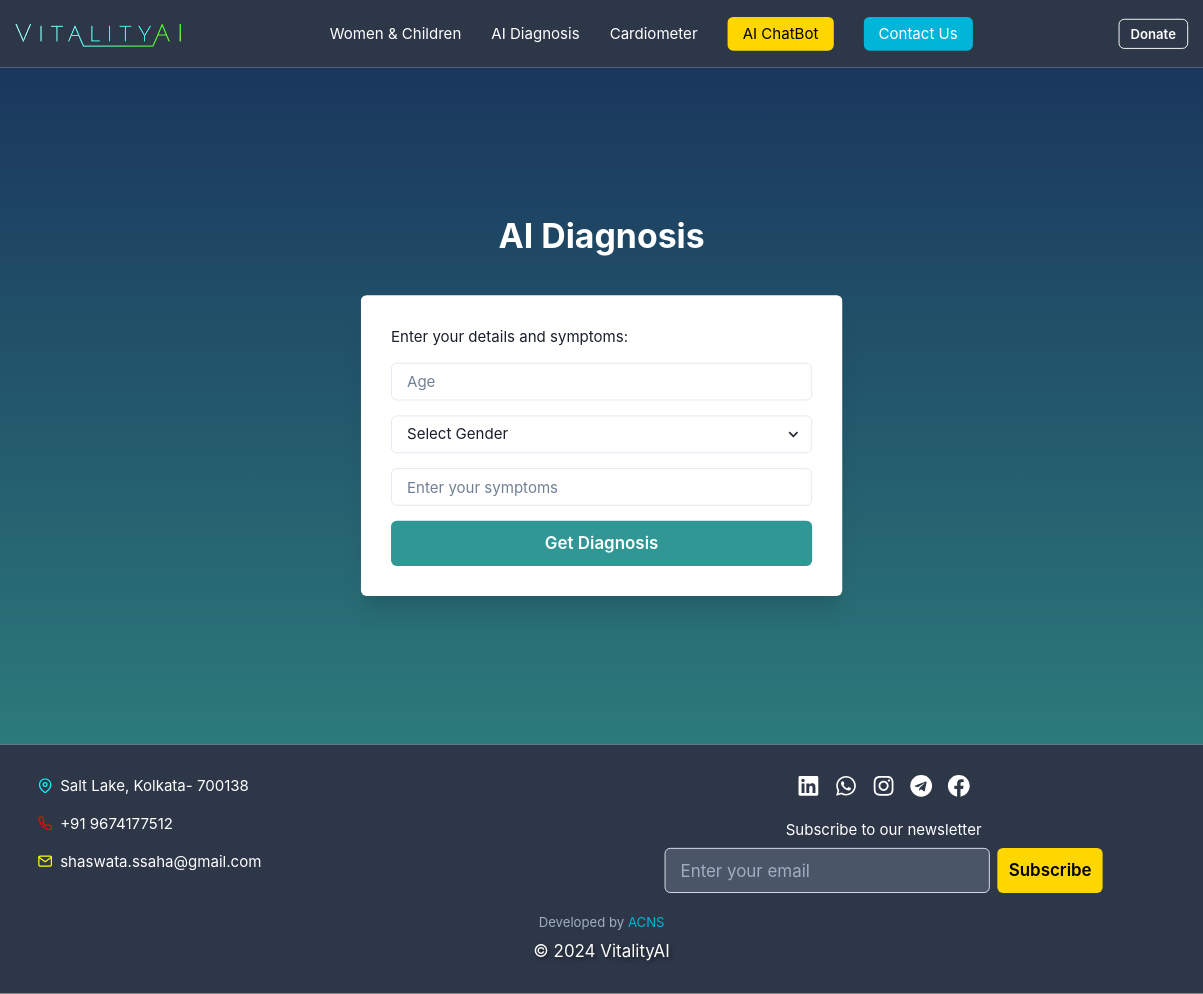
Repository: UniquePratham/VitalityAI
Page: /chatbot
The author's editor kept a copy of each file at every save. The page is drawn from the files as they stood at one save, then again after the next save.
The browser window is 1280 px wide. The pictures show the whole page, at 94% of full size.
The project was rebuilt for these pictures with package versions that can differ from the ones it lists, and the page was loaded fresh each time. The framework's server and built-in components were replaced by stand-ins that run in the browser. Also part of the build but not shown: next.config.js.

Above is the page before, as saved 2024-08-25 05:53:28.

After the next save:
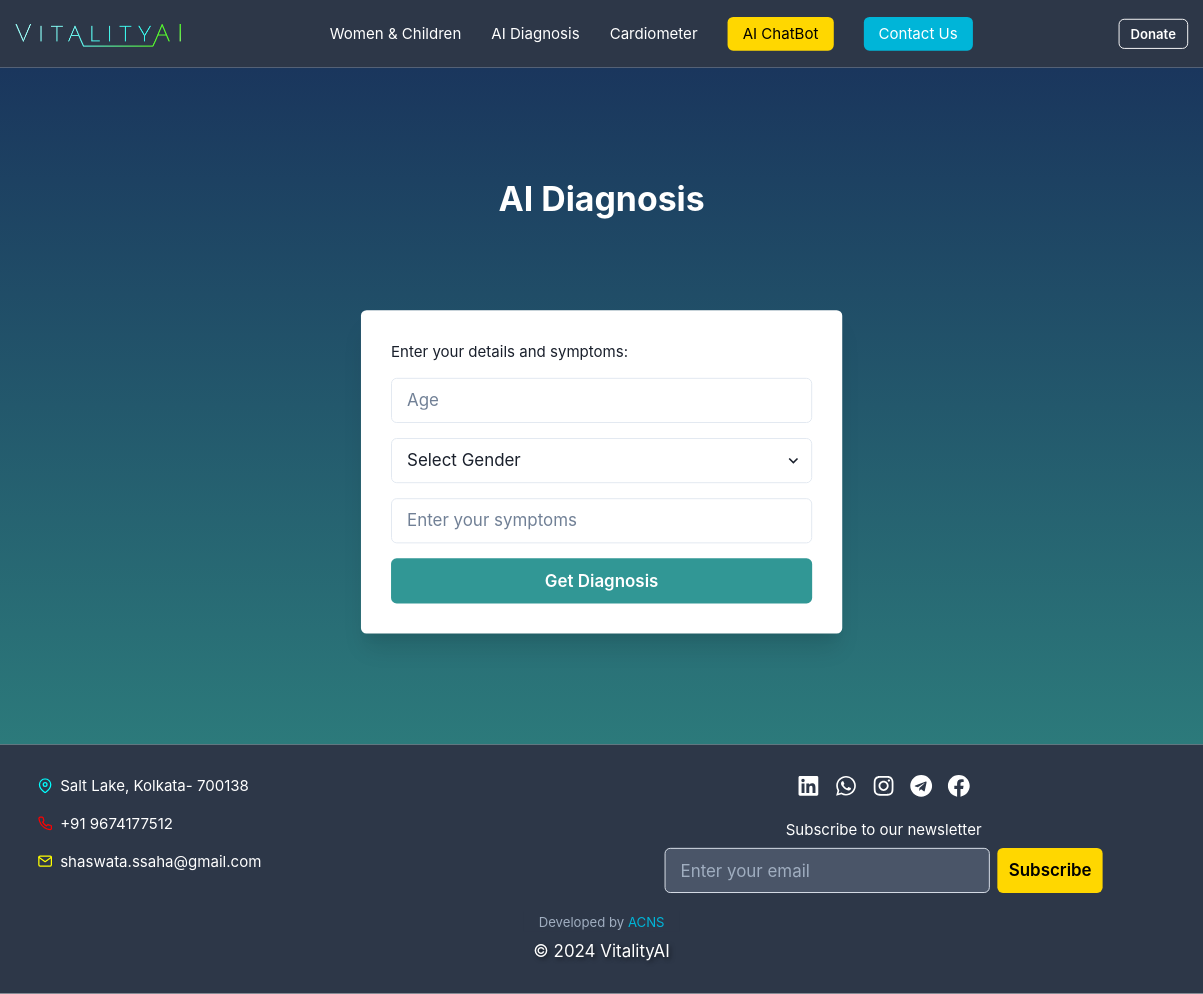
Saved 6 min 24 s later.
--- a/components/ChatBot.js
+++ b/components/ChatBot.js
@@ -70,7 +70,7 @@ export default function AIDiagnosis() {
           formattedDiagnosis.push(
             <Box key={key} mt={4}>
               <Text fontWeight="bold">{key}</Text>
-              <Image src={imageUrl} alt="Diagnosis Image" mt={2} width="100%"/>
+              <Image src={imageUrl} alt="Diagnosis Image" mt={2} width="100%" />
             </Box>
           );
         } else if (key.startsWith("Wolfram|Alpha website result")) {
@@ -114,18 +114,24 @@ export default function AIDiagnosis() {
       align="center"
       justify="center"
       p={6}
+      spacing={[8, 12, 16]} // Responsive spacing between elements
     >
-      <Heading color="white" mb={8}>
+      <Heading
+        color="white"
+        mb={8}
+        fontSize={["2xl", "3xl", "4xl"]} // Responsive font sizes
+        textAlign="center" // Center text for small screens
+      >
         AI Diagnosis
       </Heading>
 
       <Box
         bg="white"
-        p={8}
+        p={[4, 6, 8]} // Responsive padding
         borderRadius="md"
         boxShadow="xl"
         w="full"
-        maxW="lg"
+        maxW={["sm", "md", "lg"]} // Responsive width
         as={motion.div}
         whileHover={{ scale: 1.05 }}
         whileTap={{ scale: 0.95 }}
@@ -137,6 +143,7 @@ export default function AIDiagnosis() {
           mb={4}
           value={age}
           onChange={(e) => setAge(e.target.value)}
+          size={["sm", "md", "lg"]} // Responsive input size
         />
 
         <Select
@@ -144,6 +151,7 @@ export default function AIDiagnosis() {
           mb={4}
           value={gender}
           onChange={(e) => setGender(e.target.value)}
+          size={["sm", "md", "lg"]} // Responsive select size
         >
           <option value="male">Male</option>
           <option value="female">Female</option>
@@ -155,9 +163,16 @@ export default function AIDiagnosis() {
           mb={4}
           value={symptoms}
           onChange={(e) => setSymptoms(e.target.value)}
+          size={["sm", "md", "lg"]} // Responsive input size
         />
 
-        <Button colorScheme="teal" size="lg" w="full" onClick={handleDiagnosis}>
+        <Button
+          colorScheme="teal"
+          size="lg"
+          w="full"
+          onClick={handleDiagnosis}
+          py={[4, 6]} // Responsive button padding
+        >
           Get Diagnosis
         </Button>
       </Box>
@@ -168,13 +183,13 @@ export default function AIDiagnosis() {
         diagnosis && (
           <Box
             mt={8}
-            p={6}
+            p={[4, 6, 8]} // Responsive padding
             bg="white"
             borderRadius="md"
             shadow="xl"
             textAlign="center"
             w="full"
-            maxW="lg"
+            maxW={["sm", "md", "lg"]} // Responsive width
           >
             {formatDiagnosis(diagnosis)}
           </Box>
